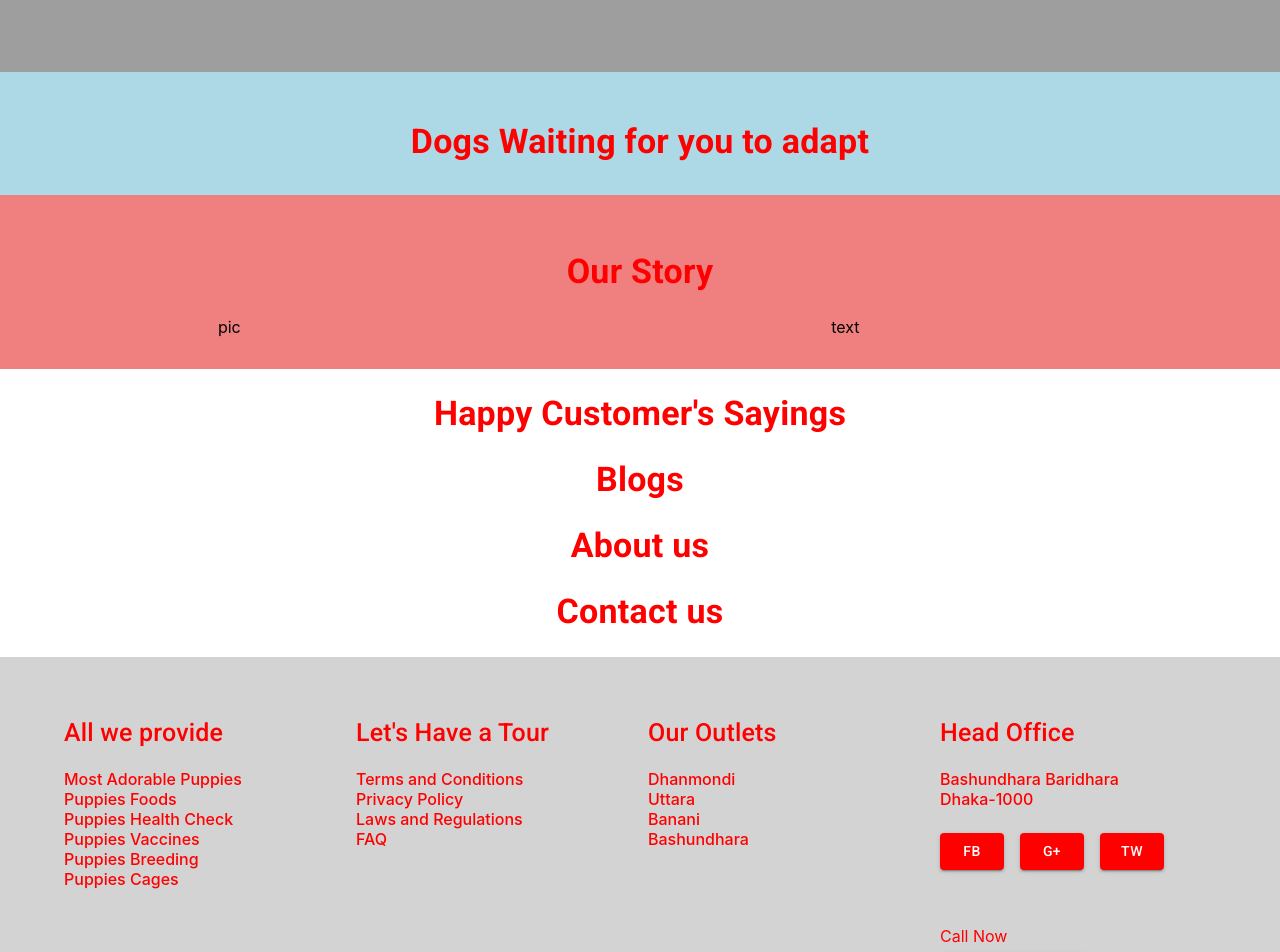
Repository: Sharif-00112/dogos-paradise-client
Page: /
The author's editor kept a copy of each file at every save. The page is drawn from the files as they stood at one save, then again after the next save.
The browser window is 1280 px wide. The pictures show the part of the page from y = 969 to 1921 px (the page is 2048 px tall before and 2032 px after).
Pictures or frames that could not be fetched are drawn as grey boxes. The page's requests for data from a server got no answer. The project was rebuilt for these pictures with package versions that can differ from the ones it lists, and the page was loaded fresh each time. Some packages were replaced by stand-ins written for this rebuild. No one was signed in, and anything a server would have sent is missing. Also part of the build but not shown: src/Pages/Home/Dog/Dog.js, src/Pages/Login/Login/Login.js, src/Pages/Login/Register/Register.js, src/Pages/NotFound/NotFound.js.

Above is the page before, as saved 2022-12-05 22:18:58.

### public/index.html
<!DOCTYPE html>
<html lang="en">
  <head>
    <meta charset="utf-8" />
    <link rel="icon" href="%PUBLIC_URL%/favicon.ico" />
    <meta name="viewport" content="width=device-width, initial-scale=1" />
    <meta name="theme-color" content="#000000" />
    <meta
      name="description"
      content="Web site created using create-react-app"
    />
    <link
      rel="stylesheet" href="https://fonts.googleapis.com/css?family=Roboto:300,400,500,700&display=swap"
    />

    <link rel="apple-touch-icon" href="%PUBLIC_URL%/logo192.png" />
    <!--
      manifest.json provides metadata used when your web app is installed on a
      user's mobile device or desktop. See https://developers.google.com/web/fundamentals/web-app-manifest/
    -->
    <link rel="manifest" href="%PUBLIC_URL%/manifest.json" />
    <!--
      Notice the use of %PUBLIC_URL% in the tags above.
      It will be replaced with the URL of the `public` folder during the build.
      Only files inside the `public` folder can be referenced from the HTML.

      Unlike "/favicon.ico" or "favicon.ico", "%PUBLIC_URL%/favicon.ico" will
      work correctly both with client-side routing and a non-root public URL.
      Learn how to configure a non-root public URL by running `npm run build`.
    -->
    <title>React App</title>
  </head>
  <body>
    <noscript>You need to enable JavaScript to run this app.</noscript>
    <div id="root"></div>
    <!--
      This HTML file is a template.
      If you open it directly in the browser, you will see an empty page.

      You can add webfonts, meta tags, or analytics to this file.
      The build step will place the bundled scripts into the <body> tag.

      To begin the development, run `npm start` or `yarn start`.
      To create a production bundle, use `npm run build` or `yarn build`.
    -->
  </body>
</html>

### src/App.js
import React  from 'react';
import './App.css';
import { BrowserRouter as Router, Route, Routes} from 'react-router-dom';
import Home from './Pages/Home/Home/Home';
import Login from './Pages/Login/Login/Login';
import Register from './Pages/Login/Register/Register';
import AuthProvider from './contexts/AuthProvider/AuthProvider';
// import PrivateRoute from './Pages/Login/PrivateRoute/PrivateRoute';
import NotFound from './Pages/NotFound/NotFound';
import Contact from './Pages/Home/Contact/Contact';
import Story from './Pages/Home/Story/Story';
import CustomerReviews from './Pages/Home/CustomerReviews/CustomerReviews';
import Blogs from './Pages/Home/Blogs/Blogs';
import About from './Pages/Home/About/About';
import Dogs from './Pages/Home/Dogs/Dogs';
// import Footer from './Pages/Shared/Footer/Footer';
// import Dashboard from './Pages/Dashboard/Dashboard/Dashboard';

function App() {
  return (
    <div className="App">
      <AuthProvider>
        <Router>
          <Routes>
            <Route exact path = '/' element={<Home/>}/>
            <Route exact path = '/home' element={<Home/>}/>
            <Route exact path = '/login' element={<Login/>}/>
            <Route exact path = '/register' element={<Register/>}/>
            <Route exact path = '/contact' element={<Contact/>}/>
            <Route exact path = '/dogs' element={<Dogs/>}/>
            <Route exact path = '/story' element={<Story/>}/>
            <Route exact path = '/reviews' element={<CustomerReviews/>}/>
            <Route exact path = '/blogs' element={<Blogs/>}/>
            <Route exact path = '/about' element={<About/>}/>
            {/* <Route exact path = '/appointment' element = {
              <PrivateRoute>
                <Appointment></Appointment>
              </PrivateRoute>
            }> </Route> */}
            {/* <Route path = 'dashboard/*' element = {
              <PrivateRoute>
                <Dashboard></Dashboard>
              </PrivateRoute>
            }> </Route> */}
            <Route path = '*' element={<NotFound/>}/>
          </Routes>
          {/* <Footer></Footer> */}
        </Router>
      </AuthProvider>
    </div>
  );
}

export default App;

### src/Pages/Home/Home/Home.js
import React from 'react';
import Footer from '../../Shared/Footer/Footer';
import Navigation from '../../Shared/Navigation/Navigation';
import About from '../About/About';
import Banner from '../Banner/Banner';
import Blogs from '../Blogs/Blogs';
import Contact from '../Contact/Contact';
import CustomerReviews from '../CustomerReviews/CustomerReviews';
import Dogs from '../Dogs/Dogs';
import Story from '../Story/Story';

const Home = () => {
    return (
        <div>
            <Navigation></Navigation>
            <Banner></Banner>
            <Dogs></Dogs>
            <Story></Story>
            <CustomerReviews></CustomerReviews>
            <Blogs></Blogs>
            <About></About>
            <Contact></Contact>
            <Footer></Footer>
        </div>
    );
};

export default Home;

### src/contexts/AuthProvider/AuthProvider.js
import React from 'react';
import { createContext } from 'react';
import useFirebase from '../../hooks/useFirebase';

//step-1-context
export const AuthContext = createContext();

const AuthProvider = (props) => {
    //step-3-context
    const {children} = props;

    //step-5-context
    const allContexts = useFirebase();

    return (
        //step-2-context
        <AuthContext.Provider value={allContexts}>
            {children}
        </AuthContext.Provider>
    );
};

export default AuthProvider;

### src/Pages/Home/Contact/Contact.js
import React from 'react';
import { Typography } from '@mui/material';

const Contact = () => {
    return (
        <div>
            <Typography sx={{ m: 3, color: 'red', fontWeight: 600 }} variant="h4" component="div">
                Contact us
            </Typography>
        </div>
    );
};

export default Contact;

### src/Pages/Home/Story/Story.js
import React from 'react';
import { Typography } from '@mui/material';
import Box from '@mui/material/Box';
import Grid from '@mui/material/Unstable_Grid2';


const Story = () => {
    return (
        <Box sx={{backgroundColor:"lightcoral", p:4}}>
            <Typography sx={{ m: 3, color: 'red', fontWeight: 600 }} variant="h4" component="div">
                Our Story
            </Typography>
            <Box sx={{ flexGrow: 1 }}>
                <Grid container spacing={2}>
                    <Grid xs={6} md={4}>
                     pic
                    </Grid>
                    <Grid xs={6} md={8}>
                        text
                    </Grid>
                </Grid>
            </Box>
        </Box>
    );
};

export default Story;

### src/Pages/Home/CustomerReviews/CustomerReviews.js
import React from 'react';
import { Typography } from '@mui/material';


const CustomerReviews = () => {
    return (
        <div>
            <Typography sx={{ m: 3, color: 'red', fontWeight: 600 }} variant="h4" component="div">
                Happy Customer's Sayings
            </Typography>
        </div>
    );
};

export default CustomerReviews;

### src/Pages/Home/Blogs/Blogs.js
import React from 'react';
import { Typography } from '@mui/material';


const Blogs = () => {
    return (
        <div>
            <Typography sx={{ m: 3, color: 'red', fontWeight: 600 }} variant="h4" component="div">
                Blogs
            </Typography>
        </div>
    );
};

export default Blogs;

### src/Pages/Home/About/About.js
import React from 'react';
import { Typography } from '@mui/material';

const About = () => {
    return (
        <div>
            <Typography sx={{ m: 3, color: 'red', fontWeight: 600 }} variant="h4" component="div">
                About us
            </Typography>
        </div>
    );
};

export default About;

### src/Pages/Home/Dogs/Dogs.js
import React, { useEffect, useState } from 'react';
import Box from '@mui/material/Box';
import Grid from '@mui/material/Unstable_Grid2';
import Typography from '@mui/material/Typography';
import { Container } from '@mui/material';
import Dog from '../Dog/Dog';

// const dogs = [
//     {
//         title: "Siberian Husky",
//         age: '13',
//         breed: 'Mixed',
//         image: 'https://i.ibb.co/VV1yxdy/dog-1.jpg',
//         price: 700,
//         description: 'Lorem ipsum dolor sit amet, consectetur adipisicing elit. Quo, magni ab. Sed aut nesciunt neque laudantium culpa sit? Possimus, id.'
//     },
//     {
//         title: "German Shepherd",
//         age: '8',
//         breed: 'Mixed',
//         image: 'https://i.ibb.co/tZcvfCd/dog-2.jpg',
//         price: 700,
//         description: 'Lorem ipsum dolor sit amet, consectetur adipisicing elit. Quo, magni ab. Sed aut nesciunt neque laudantium culpa sit? Possimus, id.'
//     },
//     {
//         title: "Golden Retriever",
//         age: '5',
//         breed: 'Mixed',
//         image: 'https://i.ibb.co/YPHDzsb/dog-3.jpg',
//         price: 700,
//         description: 'Lorem ipsum dolor sit amet, consectetur adipisicing elit. Quo, magni ab. Sed aut nesciunt neque laudantium culpa sit? Possimus, id.'
//     },
//     {
//         title: "Bulldog",
//         age: '6',
//         breed: 'Mixed',
//         image: 'https://i.ibb.co/bjty4nS/dog-4.jpg',
//         price: 700,
//         description: 'Lorem ipsum dolor sit amet, consectetur adipisicing elit. Quo, magni ab. Sed aut nesciunt neque laudantium culpa sit? Possimus, id.'
//     },
//     {
//         title: "Irish Setter",
//         age: '9',
//         breed: 'Mixed',
//         image: 'https://i.ibb.co/QPSnF0t/dog-5.jpg',
//         price: 700,
//         description: 'Lorem ipsum dolor sit amet, consectetur adipisicing elit. Quo, magni ab. Sed aut nesciunt neque laudantium culpa sit? Possimus, id.'
//     },
//     {
//         title: "Brussels Griffon",
//         age: '4',
//         breed: 'Mixed',
//         image: 'https://i.ibb.co/z5kJHB2/dog-6.jpg',
//         price: 700,
//         description: 'Lorem ipsum dolor sit amet, consectetur adipisicing elit. Quo, magni ab. Sed aut nesciunt neque laudantium culpa sit? Possimus, id.'
//     },
//     {
//         title: "Newfoundland",
//         age: '15',
//         breed: 'Mixed',
//         image: 'https://i.ibb.co/mD4CtfC/dog-7.jpg',
//         price: 700,
//         description: 'Lorem ipsum dolor sit amet, consectetur adipisicing elit. Quo, magni ab. Sed aut nesciunt neque laudantium culpa sit? Possimus, id.'
//     },
//     {
//         title: "French Bulldog",
//         age: '7',
//         breed: 'Mixed',
//         image: 'https://i.ibb.co/PCQT44S/dog-8.jpg',
//         price: 700,
//         description: 'Lorem ipsum dolor sit amet, consectetur adipisicing elit. Quo, magni ab. Sed aut nesciunt neque laudantium culpa sit? Possimus, id.'
//     },
//     {
//         title: "Beagle",
//         age: '12',
//         breed: 'Mixed',
//         image: 'https://i.ibb.co/XLvC5BW/dog-9.jpg',
//         price: 700,
//         description: 'Lorem ipsum dolor sit amet, consectetur adipisicing elit. Quo, magni ab. Sed aut nesciunt neque laudantium culpa sit? Possimus, id.'
//     },
//     {
//         title: "Poodle",
//         age: '15',
//         breed: 'Mixed',
//         image: 'https://i.ibb.co/rxMv41c/dog-10.jpg',
//         price: 700,
//         description: 'Lorem ipsum dolor sit amet, consectetur adipisicing elit. Quo, magni ab. Sed aut nesciunt neque laudantium culpa sit? Possimus, id.'
//     }
// ]

const Dogs = () => {
    const [dogs, setDogs] = useState([]);

    useEffect(() => {
        fetch('http://localhost:3005/dogs')
        .then(res => res.json())
        .then(data => setDogs(data))
    }, []);

    return (
        <div>
            <Box sx={{ flexGrow: 1, backgroundColor:"lightblue", py:4 }}>
                <Container>
                    <Typography sx={{ p:3, color: 'red', fontWeight: 600 }} variant="h4" component="div">
                        Dogs Waiting for you to adapt
                    </Typography>

                    <Grid container spacing={{ xs: 2, md: 3 }} columns={{ xs: 4, sm: 8, md: 12 }}>
                        {
                            dogs.map(dog => (
                                <Grid xs={2} sm={4} md={4} key={dog._id}>
                                    <Dog
                                        key= {dog._id}
                                        dog = {dog}
                                    ></Dog>
                                </Grid>
                            ))
                        }
                    </Grid>
                </Container>
            </Box>
        </div>
    );
};

export default Dogs;

### src/Pages/Home/Banner/Banner.js
import React from 'react';
import { Typography } from '@mui/material';

const Banner = () => {
    return (
        <div>
            {/* <Typography sx={{ m: 3, color: 'red', fontWeight: 600 }} variant="h4" component="div">
                Head Banner
            </Typography> */}
            <img style={{ width: '100%'}} src="https://i.ibb.co/Mnn0NX3/dog-cover-1.jpg" alt="dog-human playing" />
            <Typography sx={{ mt: -25, mb:8, color: 'red', fontWeight: 700 }} variant="h4" component="div">
                Dogs are not only pets;
                <br /> <br />
                They are "L O V E"
            </Typography>
        </div>
    );
};

export default Banner;

### src/hooks/useAuth.js
//step-6-context

import { useContext } from "react"
import { AuthContext } from "../../src/contexts/AuthProvider/AuthProvider"

const useAuth = () =>{
    return useContext(AuthContext);
}

export default useAuth;

### src/Pages/Login/Firebase/firebase.initialize.js
import { initializeApp } from "firebase/app";
import firebaseConfig from "./firebase.config";

const initializeAuthentication = () =>{
    initializeApp(firebaseConfig);
}

export default initializeAuthentication;

### src/Pages/Login/Firebase/firebase.config.js
// console.log(process.env);

const firebaseConfig = {
  apiKey: process.env.REACT_APP_FIREBASE_API_KEY,
  authDomain: process.env.REACT_APP_FIREBASE_AUTH_DOMAIN,
  projectId: process.env.REACT_APP_FIREBASE_PROJECT_ID,
  storageBucket: process.env.REACT_APP_FIREBASE_STORAGE_BUCKET,
  messagingSenderId: process.env.REACT_APP_FIREBASE_MESSAGING_SENDER_ID,
  appId: process.env.REACT_APP_FIREBASE_APP_ID,
  measurementId: process.env.REACT_APP_FIREBASE_MEASUREMENT_ID
};

export default firebaseConfig;

// .env.local
// REACT_APP_FIREBASE_API_KEY=AIzaSyCGaQ8G2l5KeOKX4bAJ7MC19oWW_2vnTNQ
// REACT_APP_FIREBASE_AUTH_DOMAIN=dogos-paradise.firebaseapp.com
// REACT_APP_FIREBASE_PROJECT_ID=dogos-paradise
// REACT_APP_FIREBASE_STORAGE_BUCKET=dogos-paradise.appspot.com
// REACT_APP_FIREBASE_MESSAGING_SENDER_ID=824394057307
// REACT_APP_FIREBASE_APP_ID=1:824394057307:web:727ac0c86627b9544a617e
// REACT_APP_FIREBASE_MEASUREMENT_ID=G-DL8JJ6MYSD

// const firebaseConfig = {
  // apiKey: "AIzaSyCGaQ8G2l5KeOKX4bAJ7MC19oWW_2vnTNQ",
  // authDomain: "dogos-paradise.firebaseapp.com",
  // projectId: "dogos-paradise",
  // storageBucket: "dogos-paradise.appspot.com",
  // messagingSenderId: "824394057307",
  // appId: "1:824394057307:web:727ac0c86627b9544a617e",
  // measurementId: "G-DL8JJ6MYSD"
// };

Loaded but not shown: src/index.js (common file); src/index.css (common file); src/reportWebVitals.js (common file); src/App.css (common file); src/Pages/Shared/Navigation/Navigation.js (229 lines, source omitted); src/hooks/useFirebase.js (273 lines, source omitted); src/Pages/Shared/Footer/Footer.js (156 lines, source omitted)

After the next save:
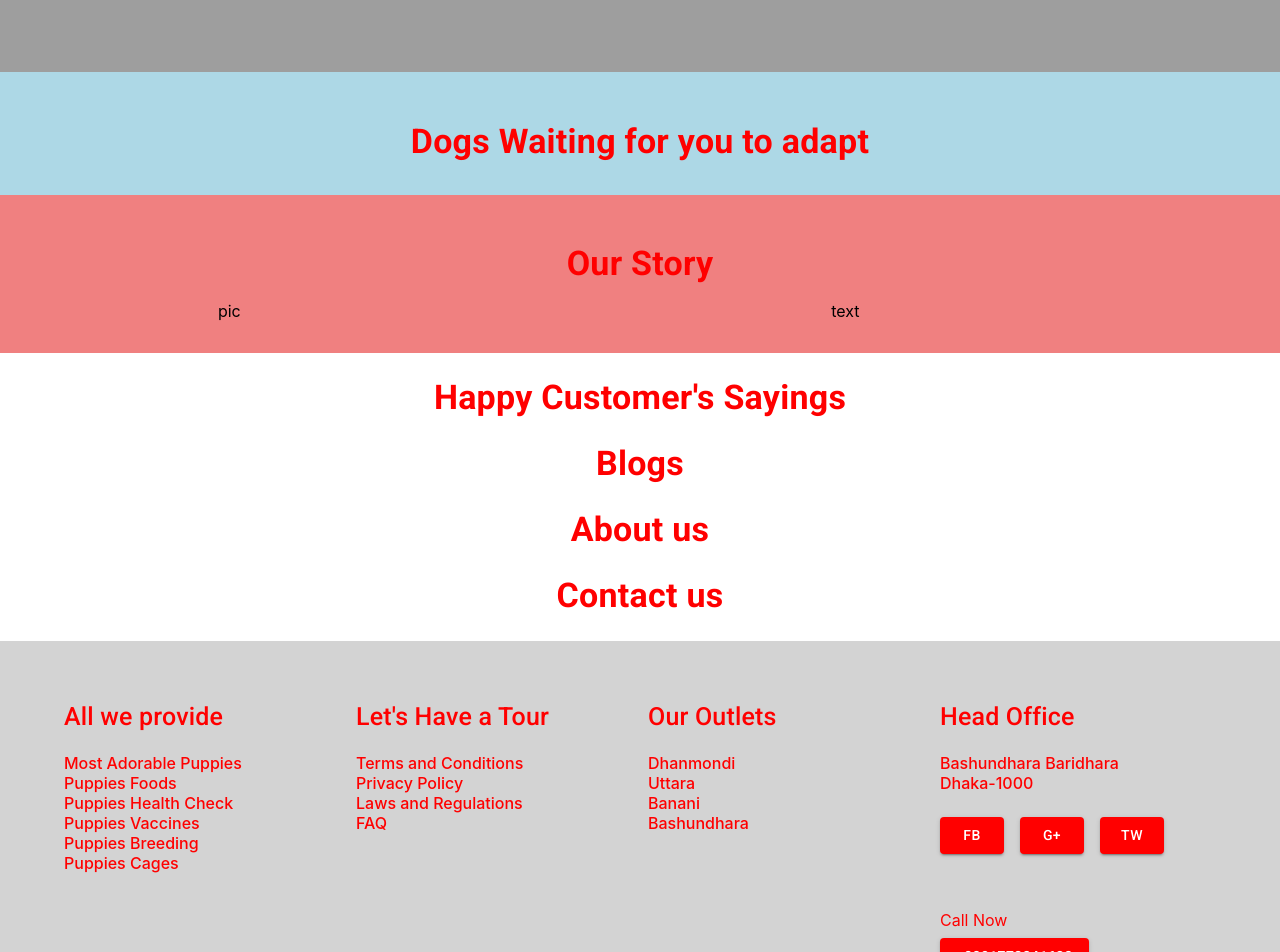
Saved 28 s later.
--- a/src/Pages/Home/Story/Story.js
+++ b/src/Pages/Home/Story/Story.js
@@ -7,7 +7,7 @@ import Grid from '@mui/material/Unstable_Grid2';
 const Story = () => {
     return (
         <Box sx={{backgroundColor:"lightcoral", p:4}}>
-            <Typography sx={{ m: 3, color: 'red', fontWeight: 600 }} variant="h4" component="div">
+            <Typography sx={{ m: 2, color: 'red', fontWeight: 600 }} variant="h4" component="div">
                 Our Story
             </Typography>
             <Box sx={{ flexGrow: 1 }}>

After the save that followed:
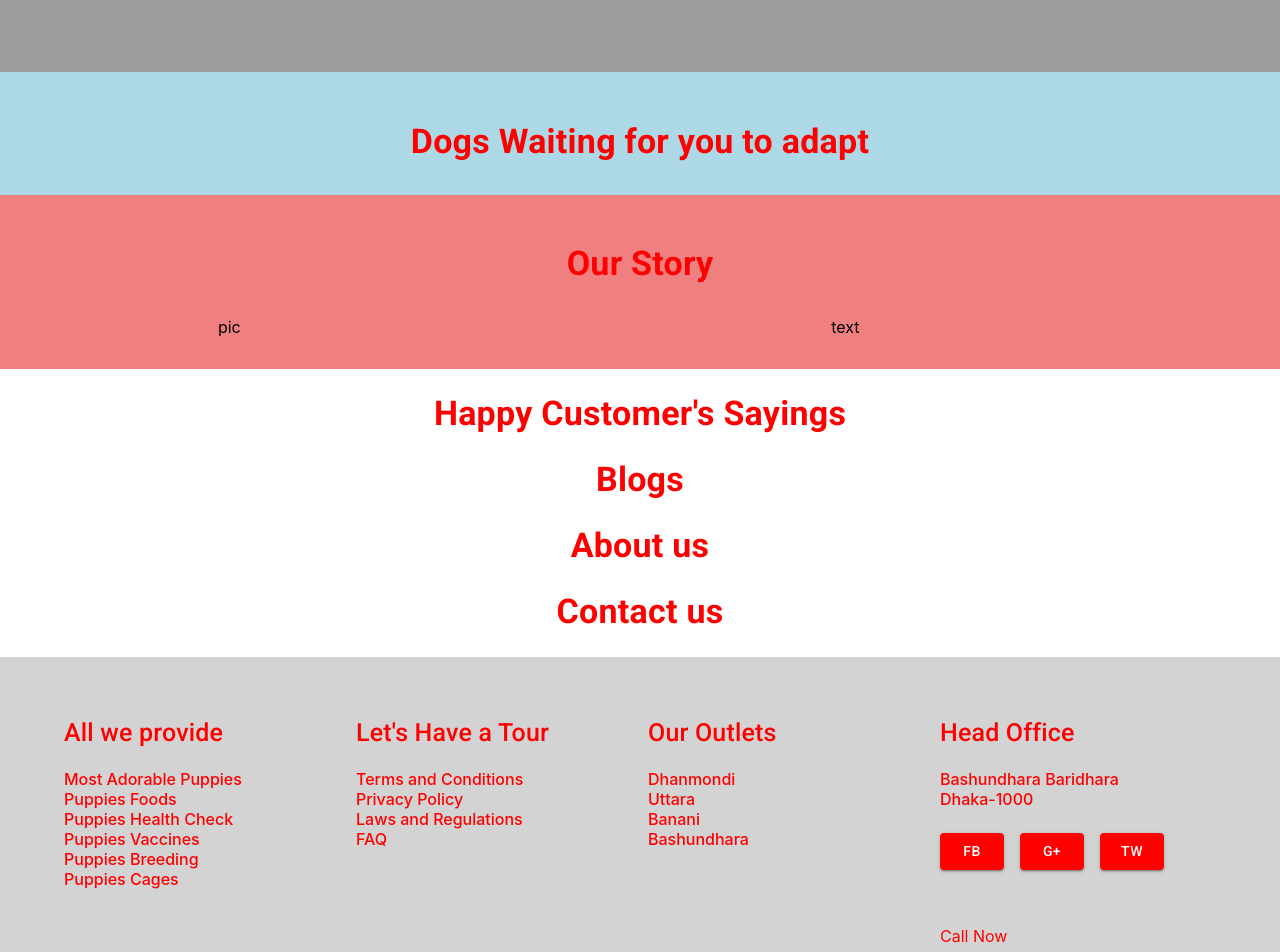
Saved 19 s later.
--- a/src/Pages/Home/Story/Story.js
+++ b/src/Pages/Home/Story/Story.js
@@ -7,7 +7,7 @@ import Grid from '@mui/material/Unstable_Grid2';
 const Story = () => {
     return (
         <Box sx={{backgroundColor:"lightcoral", p:4}}>
-            <Typography sx={{ m: 2, color: 'red', fontWeight: 600 }} variant="h4" component="div">
+            <Typography sx={{ mt: 2, mb:4, color: 'red', fontWeight: 600 }} variant="h4" component="div">
                 Our Story
             </Typography>
             <Box sx={{ flexGrow: 1 }}>
